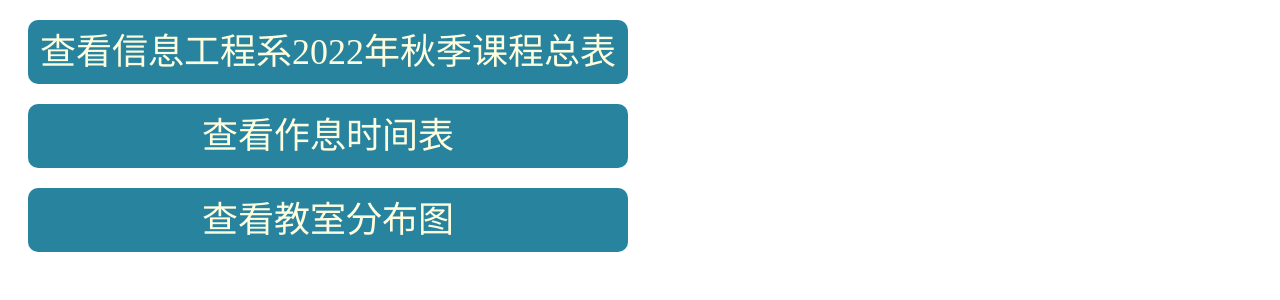
Repository: teacherlonglong/teacherlonglong.github.io
Page: index.html
The author's editor kept a copy of each file at every save. The page is drawn from the files as they stood at one save, then again after the next save.
The browser window is 1280 px wide. The pictures show the whole page.

Above is the page before, as saved 2022-09-13 17:45:34.

### index.html
<html>

<head>
    <title>欢迎</title>
    <style>
        .mylink{
            display: block;
            text-decoration: none;
            line-height: 64px;
            height: 64px;
            background-color: #28839F;
            width: 600px;
            margin:20px;
            font-size: 36px;
            border-radius: 10px;
            text-align: center;
            color:#FEFEDF;
        }
    </style>
</head>

<body>
    <a class="mylink" href="./信息工程系2022年秋季课程总表.htm">查看信息工程系2022年秋季课程总表</a>
    <a class="mylink" href="./作息时间表.htm">查看作息时间表</a>
    <a class="mylink" href="./教室分布图.htm">查看教室分布图</a>
</body>

</html>

After the next save:
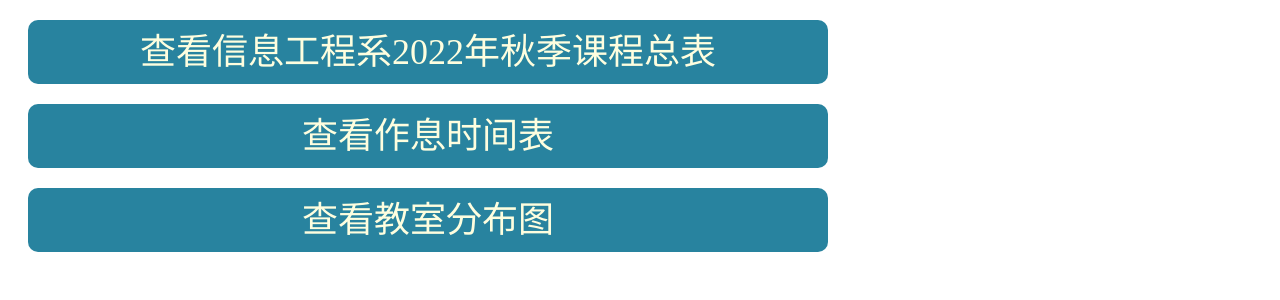
Saved 6 s later.
--- a/index.html
+++ b/index.html
@@ -9,7 +9,7 @@
             line-height: 64px;
             height: 64px;
             background-color: #28839F;
-            width: 600px;
+            width: 800px;
             margin:20px;
             font-size: 36px;
             border-radius: 10px;
